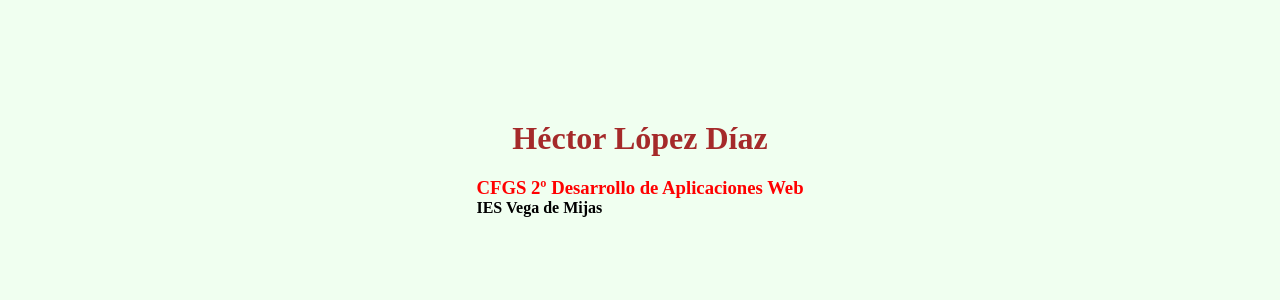
Repository: Ibizus/ejercicios_JSP
Page: http://localhost/ejercicios_Hector/ejercicio1/index.jsp
An editor plug-in stored every save of this project. The page is shown before and after the next save, followed by the edit.
The browser window is 1280 px wide. The pictures show the whole page.
The page is served by Tomcat 9.

Above is the page before, as saved 2023-11-16 19:33:14.

After the next save:
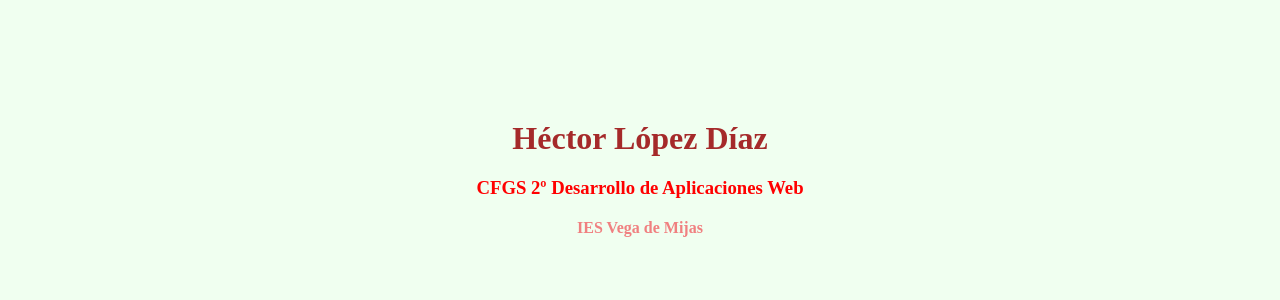
Saved 23 s later.
--- a/ejercicios_Hector/src/main/webapp/ejercicio1/style.css
+++ b/ejercicios_Hector/src/main/webapp/ejercicio1/style.css
@@ -13,7 +13,7 @@ body{
    align-items: center;
    margin: auto;
 }
-h1, h4 a, h6{
+h1, h3, h4{
 	text-align: center;
 	margin: 20px;
 }
@@ -23,6 +23,6 @@ h1{
 h3{
 	color: red;
 }
-h4 a{
+h4{
 	color: lightcoral;
 }
